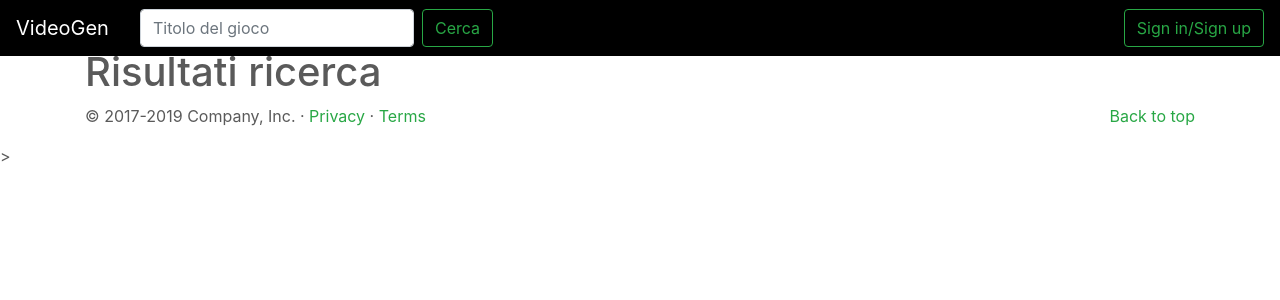
Repository: giorgiac98/videogen
Page: http://localhost/search.php
The author's editor kept a record of every edit. The page is drawn from the files as they stood at one moment, then again after the next edit.
The browser window is 1280 px wide. The pictures show the whole page.
The page is run by PHP 8.4 with error messages shown; the project is at /var/www/html/.

Above is the page before.

### search.php
<?php
  session_start();
?>
<!doctype html>
<html lang="it">
  <head>
    <meta charset="utf-8">
    <meta name="viewport" content="width=device-width, initial-scale=1, shrink-to-fit=no">
    <title>VideoGen - The Next Generation</title>
    <!-- Bootstrap core CSS -->
    <link rel="stylesheet" href="https://stackpath.bootstrapcdn.com/bootstrap/4.3.1/css/bootstrap.min.css" integrity="sha384-ggOyR0iXCbMQv3Xipma34MD+dH/1fQ784/j6cY/iJTQUOhcWr7x9JvoRxT2MZw1T" crossorigin="anonymous">
    <link href="css/carousel.css" rel="stylesheet">
    <link href="css/videogen.css" rel="stylesheet">
  </head>
  <body>
  <?php
    require_once 'navbar.php';
  ?>
  <main role="main">


  <!-- Marketing messaging and featurettes
  ================================================== -->
  <!-- Wrap the rest of the page in another container to center all the content. -->

  <div class="container marketing">
    <h1>Risultati ricerca</h1>
    <div class="row">
      <?php
      if ((isset($_GET['game'])) && ($_GET['game'])){
        require_once 'db/connect.php';
        echo "<h4>Hai cercato: " . $_GET['game'] . '</h4>';
        $query = $db->prepare("SELECT * FROM videogiochi");
        $query->execute();
        //TODO unificare la card in un unico gioco e vedere i tre prezzi per ogni console
        while ($games = $query->fetch(PDO::FETCH_ASSOC)) {
          echo '<div class="col-lg-4 col-md-6 mb-4">
                  <div class="card h-100">
                    <a href="product.php?cod=' . $games['cod'] . '">
                      <img class="card-img-top" src="'.$games['img_path'].'" alt="">
                    </a>
                    <div class="card-body">';
          echo '<a href="product.php?cod=' . $games['cod'] . '">
                <h4 class="card-title">' . $games['titolo'] . '</h4></a>';
          echo '<h5>' . $games['produttore'] . '</h5>';

          $query2 = $db->prepare(
            "SELECT * FROM giochi_console g
            JOIN console c ON c.cod = g.cod_console
            WHERE cod_gioco = ?");
          $query2->execute([$games['cod']]);
          while ($console_price = $query2->fetch(PDO::FETCH_ASSOC)) {
            echo '<p>' . $console_price['nome'];
            echo ' € ' . $console_price['prezzo'] . '</p>';
          }
          echo '    </div>
                  </div>
                </div>';
        }
      }
      ?>

    </div>
  </div><!-- /.container -->
  <!-- FOOTER -->
  <footer class="container">
    <p class="float-right"><a href="#">Back to top</a></p>
    <p>&copy; 2017-2019 Company, Inc. &middot; <a href="#">Privacy</a> &middot; <a href="#">Terms</a></p>
  </footer>
</main>
    <script src="https://code.jquery.com/jquery-3.3.1.slim.min.js" integrity="sha384-q8i/X+965DzO0rT7abK41JStQIAqVgRVzpbzo5smXKp4YfRvH+8abtTE1Pi6jizo" crossorigin="anonymous"></script>
    <script src="https://cdnjs.cloudflare.com/ajax/libs/popper.js/1.14.7/umd/popper.min.js" integrity="sha384-UO2eT0CpHqdSJQ6hJty5KVphtPhzWj9WO1clHTMGa3JDZwrnQq4sF86dIHNDz0W1" crossorigin="anonymous"></script>
    <script src="https://stackpath.bootstrapcdn.com/bootstrap/4.3.1/js/bootstrap.min.js" integrity="sha384-JjSmVgyd0p3pXB1rRibZUAYoIIy6OrQ6VrjIEaFf/nJGzIxFDsf4x0xIM+B07jRM" crossorigin="anonymous"></script>
    <script type="text/javascript" src="js/catalogo.js"></script>>
</html>

### navbar.php
<header>
  <nav class="navbar navbar-expand-md navbar-dark fixed-top bg-dark">
    <a class="navbar-brand" href="index.php">VideoGen</a>
    <button class="navbar-toggler" type="button" data-toggle="collapse" data-target="#navbarCollapse" aria-controls="navbarCollapse" aria-expanded="false" aria-label="Toggle navigation">
      <span class="navbar-toggler-icon"></span>
    </button>
    <div class="collapse navbar-collapse" id="navbarCollapse">
      <ul class="navbar-nav mr-auto">
        <form class="form-inline mt-2 mt-md-0 myForm" action="search.php" method="GET">
            <input class="form-control mr-sm-2" name="game" type="text" placeholder="Titolo del gioco" aria-label="Search">
            <button class="btn btn-outline-success my-2 my-sm-0" type="submit">Cerca</button>
        </form>
      </ul>
      <?php
      if (isset($_SESSION["logged"]) && ($_SESSION["logged"] >= 0)) {
        echo '<ul class="navbar-nav mt-2 mt-md-0">
                <li class="nav-item">
                  <a class="nav-link disabled" href="#">';
        echo $_SESSION['user'];
        echo '    </a>
                </li>
                <li class="nav-item">
                  <a class="nav-link" href="cart.php"> <i class="fas fa-shopping-cart"></i> </a>
                </li>
                <li class="nav-item">
                   <div class="dropdown">';
        if ($_SESSION["logged"] < 100) {
               echo '<button class="btn btn-outline-success my-2 my-sm-0 dropdown-toggle" type="button" id="dropdownAccount" data-toggle="dropdown" aria-haspopup="true" aria-expanded="false">
                        Il mio account
                     </button>
                     <div class="dropdown-menu" aria-labelledby="dropdownAccount">
                        <a class="dropdown-item" href="personal-data.php">I miei dati</a>
                        <a class="dropdown-item" href="orders-history.php">I miei ordini</a>';

        }
        else{
              echo ' <button class="btn btn-outline-success my-2 my-sm-0 dropdown-toggle" type="button" id="dropdownAdmin" data-toggle="dropdown" aria-haspopup="true" aria-expanded="false">
                        Amministrazione
                     </button>
                     <div class="dropdown-menu" aria-labelledby="dropdownAdmin">
                        <a class="dropdown-item" href="admin.php">Dashboard</a>';
        }
        echo '          <a class="dropdown-item" href="db/logout.php">Esci</a>
                     </div>
                   </div>
                </li>
              </ul>';
      }
      else{
        echo '<ul class="navbar-nav mt-2 mt-md-0">
                <li class="nav-item">
                  <a class="btn btn-outline-success my-2 my-sm-0" href="signin.php">Sign in/Sign up</a>
                </li>
              </ul>';
      }
      ?>
    </div>
  </nav>
</header>

### css/carousel.css
/* GLOBAL STYLES
-------------------------------------------------- */
/* Padding below the footer and lighter body text */

body {
  padding-top: 3rem;
  padding-bottom: 3rem;
  color: #5a5a5a;
}


/* CUSTOMIZE THE CAROUSEL
-------------------------------------------------- */

/* Carousel base class */
.carousel {
  margin-bottom: 4rem;
}
/* Since positioning the image, we need to help out the caption */
.carousel-caption {
  bottom: 3rem;
  z-index: 10;
}

/* Declare heights because of positioning of img element */
.carousel-item {
  height: 32rem;
}
.carousel-item > img {
  position: absolute;
  top: 0;
  left: 0;
  min-width: 100%;
  height: 32rem;
}


/* MARKETING CONTENT
-------------------------------------------------- */

/* Center align the text within the three columns below the carousel */
.marketing .col-lg-4 {
  margin-bottom: 1.5rem;
  text-align: center;
}
.marketing h2 {
  font-weight: 400;
}
.marketing .col-lg-4 p {
  margin-right: .75rem;
  margin-left: .75rem;
}


/* Featurettes
------------------------- */

.featurette-divider {
  margin: 5rem 0; /* Space out the Bootstrap <hr> more */
}

/* Thin out the marketing headings */
.featurette-heading {
  font-weight: 300;
  line-height: 1;
  letter-spacing: -.05rem;
}


/* RESPONSIVE CSS
-------------------------------------------------- */

@media (min-width: 40em) {
  /* Bump up size of carousel content */
  .carousel-caption p {
    margin-bottom: 1.25rem;
    font-size: 1.25rem;
    line-height: 1.4;
  }

  .featurette-heading {
    font-size: 50px;
  }
}

@media (min-width: 62em) {
  .featurette-heading {
    margin-top: 7rem;
  }
}

### css/videogen.css
/* GLOBAL STYLES
-------------------------------------------------- */
a {
  color: #28a745;
}

a:hover{
  color: #00bb2b;
}

.myForm{
  padding-left: 15px;
}

.nav-item{
  padding-left: 15px;
}

.navbar-dark .navbar-nav .nav-link.disabled {
    color: #125f15;
}

.bg-dark {
    background-color: #000000!important;
}

.card-product {
  position: relative;
  display: flex;
  flex-direction: row;
  min-width: 0; // See https://github.com/twbs/bootstrap/pull/22740#issuecomment-305868106
  word-wrap: break-word;
  background-color: $card-bg;
  background-clip: border-box;
  border: $card-border-width solid $card-border-color;
  @include border-radius($card-border-radius);

  > hr {
    margin-right: 0;
    margin-left: 0;
  }

  > .list-group:first-child {
    .list-group-item:first-child {
      @include border-top-radius($card-border-radius);
    }
  }

  > .list-group:last-child {
    .list-group-item:last-child {
      @include border-bottom-radius($card-border-radius);
    }
  }
}

.input-group>.input-group-prepend>.input-group-text{
  color: #28a745;
  background-color: #ffffff;
  border-color: #28a745;
  border-top-right-radius: 4px;
  border-bottom-right-radius: 4px;
}

.btn-group>.btn:not(.active){
  opacity: .85;
}

.btn-group>.btn:not(:last-child):not(.dropdown-toggle) {
   border-top-right-radius: 4px;
   border-bottom-right-radius: 4px;
}

.btn-group>.btn:not(:first-child) {
   border-top-left-radius: 4px;
   border-bottom-left-radius: 4px;
}

.custom-control-input:checked~.custom-control-label::before {
    color: #fff;
    border-color: #28a745;
    background-color: #28a745;
}

.form-control:focus {
    color: #495057;
    background-color: #fff;
    border-color: #28a745;
    outline: 0;
    box-shadow: 0 0 0 0.2rem #28a7455e;
}

Loaded but not shown: js/catalogo.js (no stored copy; drawn as an empty file)

After the next edit:
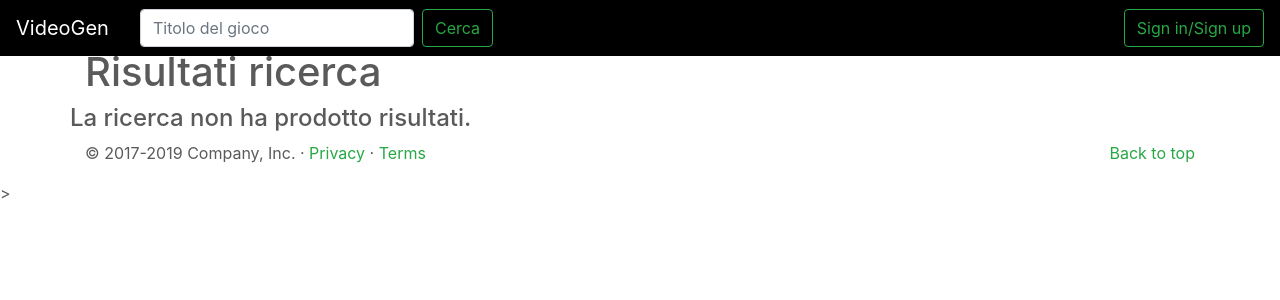
The edit:
--- a/search.php
+++ b/search.php
@@ -58,6 +58,9 @@
                 </div>';
         }
       }
+      else {
+          echo '<h4>La ricerca non ha prodotto risultati.</h4>';
+      }
       ?>
 
     </div>
